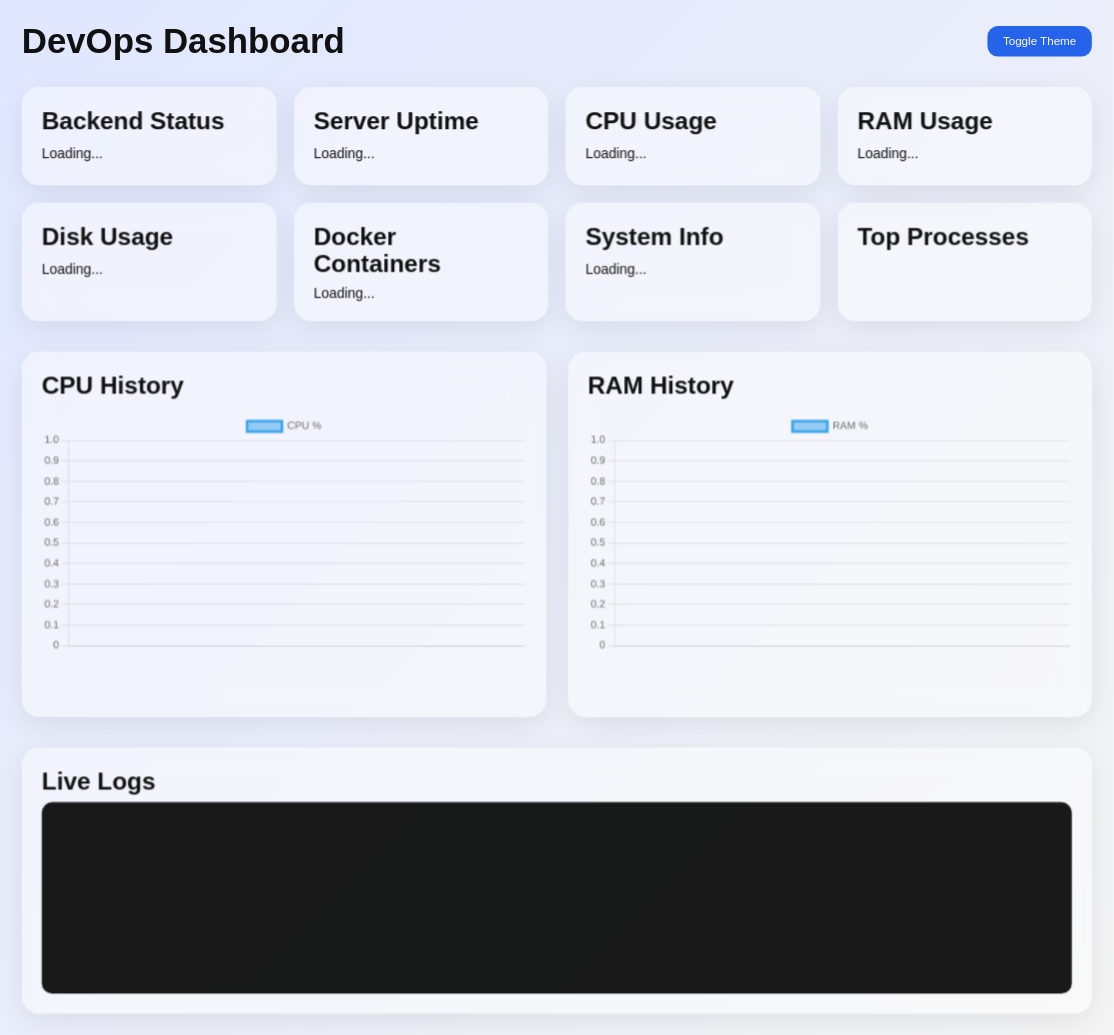
Repository: manoj-991/devops-dashboard
Page: frontend/index.html
These files come from the project's save history. The page is drawn as it stood at one moment and after a run of saves; the edit follows.
The browser window is 1280 px wide. The pictures show the whole page, at 87% of full size.
The page's requests for data from a server got no answer.

Above is the page before, as saved 2026-05-23 21:35:14.

### frontend/index.html
<!DOCTYPE html>
<html>

<head>

    <title>DevOps Dashboard</title>

    <link rel="stylesheet" href="/frontend/style.css">

    <script src="https://cdn.jsdelivr.net/npm/chart.js"></script>

</head>

<body>

    <div class="topbar">

        <h1>DevOps Dashboard</h1>

        <button onclick="toggleTheme()">
            Toggle Theme
        </button>

    </div>

    <div class="dashboard">

        <div class="card">
            <h2>Backend Status</h2>
            <p id="backend-status">Loading...</p>
        </div>

        <div class="card">
            <h2>Server Uptime</h2>
            <p id="uptime-result">Loading...</p>
        </div>

        <div class="card">
            <h2>CPU Usage</h2>
            <p id="cpu-result">Loading...</p>
        </div>

        <div class="card">
            <h2>RAM Usage</h2>
            <p id="ram-result">Loading...</p>
        </div>

        <div class="card">
            <h2>Disk Usage</h2>
            <p id="disk-result">Loading...</p>
        </div>

        <div class="card">
            <h2>Docker Containers</h2>
            <div id="docker-result">
                Loading...
            </div>
        </div>

        <div class="card">
            <h2>System Info</h2>
            <p id="system-result">Loading...</p>
        </div>

        <div class="card process-card">
            <h2>Top Processes</h2>
            <div id="process-result"></div>
        </div>

    </div>

    <div class="charts">

        <div class="chart-card">
            <h2>CPU History</h2>
            <canvas id="cpuChart"></canvas>
        </div>

        <div class="chart-card">
            <h2>RAM History</h2>
            <canvas id="ramChart"></canvas>
        </div>

    </div>

    <div class="logs-card">

        <h2>Live Logs</h2>

        <div id="logs"></div>

    </div>

    <div id="alert-box"></div>

    <script src="/frontend/app.js"></script>

</body>

</html>

### frontend/style.css
* {

    margin: 0;
    padding: 0;
    box-sizing: border-box;
}

body {

    font-family: Arial, sans-serif;

    background:
        linear-gradient(135deg,
            #e0e7ff,
            #f4f4f4);

    color: #111;

    padding: 25px;

    transition:
        background 0.4s ease,
        color 0.4s ease;
}

body.dark {

    background:
        linear-gradient(135deg,
            #0f172a,
            #111827);

    color: white;
}

.topbar {

    display: flex;

    justify-content: space-between;

    align-items: center;

    margin-bottom: 30px;
}

.topbar h1 {

    font-size: 40px;

    font-weight: bold;
}

button {

    padding: 10px 18px;

    border: none;

    border-radius: 12px;

    cursor: pointer;

    background: #2563eb;

    color: white;

    transition:
        transform 0.2s ease,
        opacity 0.2s ease;
}

button:hover {

    transform: scale(1.05);

    opacity: 0.9;
}

.dashboard {

    display: grid;

    grid-template-columns:
        repeat(auto-fit, minmax(250px, 1fr));

    gap: 20px;
}

.card,
.chart-card,
.logs-card {

    position: relative;

    padding: 22px;

    border-radius: 20px;

    background:
        rgba(255, 255, 255, 0.45);

    backdrop-filter: blur(15px);

    border:
        1px solid rgba(255, 255, 255, 0.2);

    box-shadow:
        0 8px 32px rgba(0, 0, 0, 0.08);

    transition:
        transform 0.25s ease,
        box-shadow 0.25s ease;
}

body.dark .card,
body.dark .chart-card,
body.dark .logs-card {

    background:
        rgba(30, 41, 59, 0.45);

    border:
        1px solid rgba(255, 255, 255, 0.08);
}

.card:hover,
.chart-card:hover,
.logs-card:hover {

    transform: translateY(-5px);

    box-shadow:
        0 14px 30px rgba(0, 0, 0, 0.12);
}

.card h2,
.chart-card h2,
.logs-card h2 {

    margin-bottom: 8px;

    font-size: 28px;
}

.description {

    font-size: 13px;

    opacity: 0.7;

    margin-bottom: 18px;

    line-height: 1.5;
}

.metric {

    font-size: 32px;

    font-weight: bold;
}

.dashboard p {

    line-height: 1.7;
}

.charts {

    margin-top: 35px;

    display: grid;

    grid-template-columns:
        repeat(auto-fit, minmax(450px, 1fr));

    gap: 25px;
}

.chart-card {

    min-height: 420px;
}

.logs-card {

    margin-top: 35px;
}

#logs {

    background: rgba(0, 0, 0, 0.9);

    color: #00ff90;

    border-radius: 12px;

    padding: 18px;

    font-family: monospace;

    height: 220px;

    overflow-y: auto;

    line-height: 1.6;
}

.process-card {

    max-height: 300px;

    overflow-y: auto;
}

.process-card::-webkit-scrollbar {

    width: 8px;
}

.process-card::-webkit-scrollbar-thumb {

    background: rgba(100, 100, 100, 0.4);

    border-radius: 10px;
}

#alert-box {

    position: fixed;

    top: 25px;
    right: 25px;

    background: #ef4444;

    color: white;

    padding: 16px 24px;

    border-radius: 14px;

    font-weight: bold;

    display: none;

    box-shadow:
        0 8px 25px rgba(0, 0, 0, 0.2);

    animation:
        fadeIn 0.3s ease;
}

@keyframes fadeIn {

    from {

        opacity: 0;
        transform: translateY(-10px);
    }

    to {

        opacity: 1;
        transform: translateY(0);
    }
}

canvas {

    margin-top: 15px !important;
}

### frontend/app.js
const cpuChart = new Chart(
    document.getElementById("cpuChart"),
    {
        type: "line",

        data: {
            labels: [],
            datasets: [{
                label: "CPU %",
                data: []
            }]
        }
    }
);

const ramChart = new Chart(
    document.getElementById("ramChart"),
    {
        type: "line",

        data: {
            labels: [],
            datasets: [{
                label: "RAM %",
                data: []
            }]
        }
    }
);

async function fetchData(url) {

    const response = await fetch(url);

    return await response.json();
}

function toggleTheme() {

    document.body.classList.toggle("dark");
}

function showAlert(message) {

    const alertBox =
        document.getElementById("alert-box");

    alertBox.innerText = message;

    alertBox.style.display = "block";

    setTimeout(() => {

        alertBox.style.display = "none";

    }, 3000);
}

async function loadCharts() {

    try {

        const cpuHistory =
            await fetchData("/api/cpu-history");

        cpuChart.data.labels =
            cpuHistory.map(x => x.time);

        cpuChart.data.datasets[0].data =
            cpuHistory.map(x => x.value);

        cpuChart.update();

    } catch (err) {

        console.log(err);
    }

    try {

        const ramHistory =
            await fetchData("/api/ram-history");

        ramChart.data.labels =
            ramHistory.map(x => x.time);

        ramChart.data.datasets[0].data =
            ramHistory.map(x => x.value);

        ramChart.update();

    } catch (err) {

        console.log(err);
    }
}

async function loadDashboard() {

    try {

        const health =
            await fetchData("/api/health");

        document.getElementById(
            "backend-status"
        ).innerText = health.status;

    } catch (err) {

        console.log(err);
    }

    try {

        const uptime =
            await fetchData("/api/uptime");

        document.getElementById(
            "uptime-result"
        ).innerText = uptime.uptime;

    } catch (err) {

        console.log(err);
    }

    try {

        const cpu =
            await fetchData("/api/cpu");

        document.getElementById(
            "cpu-result"
        ).innerText = cpu.cpu;

        const cpuValue =
            parseFloat(cpu.cpu);

        if (cpuValue > 80) {

            showAlert("HIGH CPU");
        }

    } catch (err) {

        console.log(err);
    }

    try {

        const ram =
            await fetchData("/api/ram");

        document.getElementById(
            "ram-result"
        ).innerText = ram.ram;

        const ramValue =
            parseFloat(ram.ram);

        if (ramValue > 80) {

            showAlert("HIGH RAM");
        }

    } catch (err) {

        console.log(err);
    }

    try {

        const disk =
            await fetchData("/api/disk");

        document.getElementById(
            "disk-result"
        ).innerText = disk.disk;

    } catch (err) {

        console.log(err);
    }

    try {

        const system =
            await fetchData("/api/system");

        document.getElementById(
            "system-result"
        ).innerHTML =
            `
${system.hostname}<br>
${system.platform}
`;

    } catch (err) {

        console.log(err);
    }

    try {

        const processes =
            await fetchData("/api/processes");

        let html = "";

        processes.forEach(proc => {

            html += `
<p>
${proc.name}<br>
CPU: ${proc.cpu.toFixed(2)}%
</p>
`;
        });

        document.getElementById(
            "process-result"
        ).innerHTML = html;

    } catch (err) {

        console.log(err);
    }

    try {

        const containers =
            await fetchData("/api/docker");

        let html = "";

        containers.forEach(container => {

            html += `
<div style="margin-bottom:15px">

<strong>${container.name}</strong><br>

Image:
${container.image}<br>

State:
${container.state}<br>

Status:
${container.status}

</div>
`;
        });

        document.getElementById(
            "docker-result"
        ).innerHTML = html;

    } catch (err) {

        console.log(err);
    }

    try {

        const logs =
            await fetchData("/api/logs");

        document.getElementById(
            "logs"
        ).innerText = logs.logs;

    } catch (err) {

        console.log(err);
    }

    await loadCharts();
}

loadDashboard();

setInterval(loadDashboard, 3000);

After the next 2 saves:
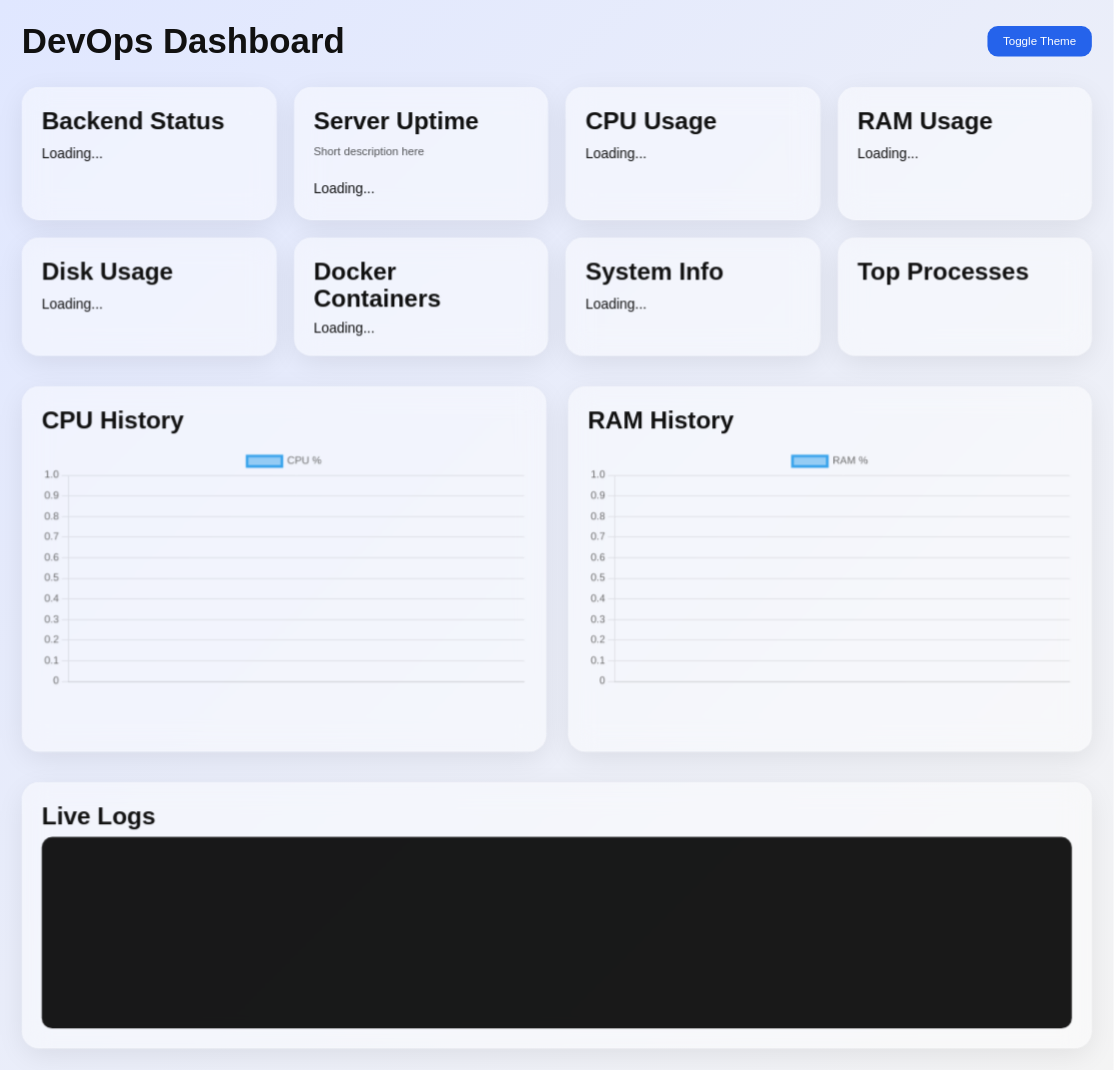
The 2 saves are shown as one change because they came seconds apart.
The last was saved 9 min 53 s later.
--- a/frontend/index.html
+++ b/frontend/index.html
@@ -32,6 +32,9 @@
 
         <div class="card">
             <h2>Server Uptime</h2>
+            <p class="description">
+Short description here
+</p>
             <p id="uptime-result">Loading...</p>
         </div>
 
